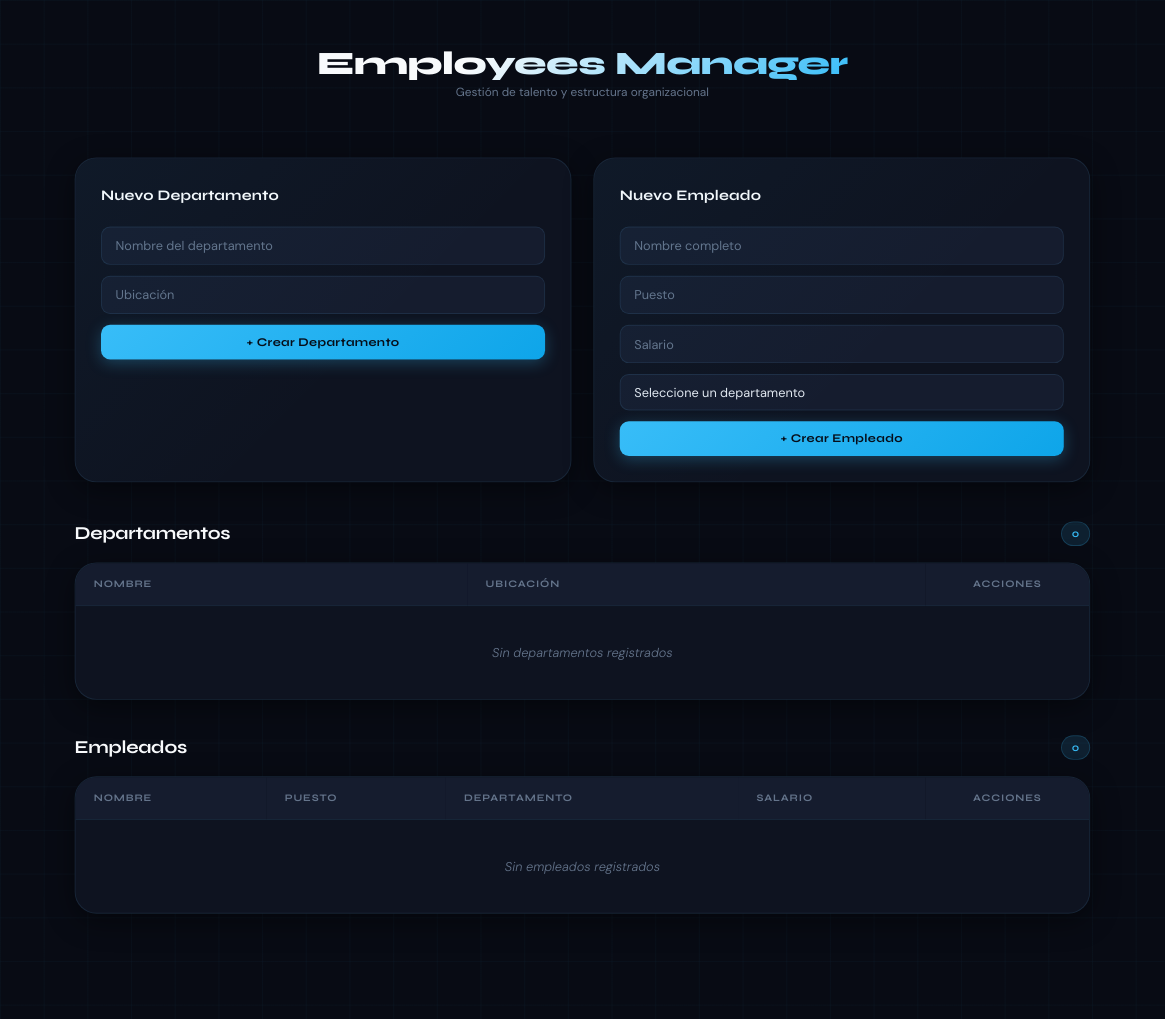
Repository: AnaSofiaRosero/parcial-4
Page: /
An editor plug-in stored every save of this project. The page is shown before and after the next save, followed by the edit.
The browser window is 1280 px wide. The pictures show the whole page, at 91% of full size.
The page's requests for data from a server got no answer. The project was rebuilt for these pictures with package versions that can differ from the ones it lists, and the page was loaded fresh each time. No one was signed in, and anything a server would have sent is missing. Also part of the build but not shown: vite.config.ts, src/index.css.

Above is the page before, as saved 2026-06-02 14:36:04.

### index.html
<!doctype html>
<html lang="en">
  <head>
    <meta charset="UTF-8" />
    <link rel="icon" type="image/svg+xml" href="/favicon.svg" />
    <meta name="viewport" content="width=device-width, initial-scale=1.0" />
    <title>employees-manager</title>
  </head>
  <body>
    <div id="root"></div>
    <script type="module" src="/src/main.tsx"></script>
  </body>
</html>

### src/supabaseClient.ts
import { createClient } from "@supabase/supabase-js";

const supabaseUrl = import.meta.env.VITE_SUPABASE_URL;
const supabaseAnonKey = import.meta.env.VITE_SUPABASE_ANON_KEY;

export const supabase = createClient(
  supabaseUrl,supabaseAnonKey
);

### src/App.css
@import url('https://fonts.googleapis.com/css2?family=Syne:wght@400;600;700;800&family=DM+Sans:ital,wght@0,300;0,400;0,500;1,300&display=swap');

/* ─── TOKENS ─────────────────────────────────────────────── */
:root {
  --bg:        #080b14;
  --surface:   #0e1320;
  --surface2:  #151c2e;
  --border:    rgba(99, 179, 237, 0.12);
  --border-hover: rgba(99, 179, 237, 0.35);

  --accent:    #38bdf8;
  --accent2:   #818cf8;
  --accent3:   #34d399;
  --danger:    #f87171;
  --danger-dk: #ef4444;

  --text:      #e2e8f0;
  --muted:     #64748b;
  --heading:   #f8fafc;

  --radius-sm: 10px;
  --radius-md: 16px;
  --radius-lg: 24px;

  --shadow-glow: 0 0 40px rgba(56, 189, 248, 0.08);
  --shadow-card: 0 8px 32px rgba(0, 0, 0, 0.45);
  --shadow-modal: 0 24px 80px rgba(0, 0, 0, 0.7);

  --transition: 0.22s cubic-bezier(0.4, 0, 0.2, 1);
}

/* ─── RESET ───────────────────────────────────────────────── */
*, *::before, *::after {
  margin: 0;
  padding: 0;
  box-sizing: border-box;
}

/* ─── BASE ────────────────────────────────────────────────── */
body {
  background: var(--bg);
  color: var(--text);
  font-family: 'DM Sans', sans-serif;
  font-size: 15px;
  line-height: 1.6;
  min-height: 100vh;

  /* Subtle grid texture */
  background-image:
    linear-gradient(rgba(56, 189, 248, 0.03) 1px, transparent 1px),
    linear-gradient(90deg, rgba(56, 189, 248, 0.03) 1px, transparent 1px);
  background-size: 48px 48px;
}

#root {
  min-height: 100vh;
}

/* ─── CONTAINER ───────────────────────────────────────────── */
.container {
  max-width: 1180px;
  margin: 0 auto;
  padding: 52px 32px 80px;
}

/* ─── HEADER ──────────────────────────────────────────────── */
.app-header{
  display:flex;
  flex-direction:column;
  align-items:center;
  justify-content:center;
  text-align:center;

  margin-bottom:60px;
}

.header-icon {
  width: 52px;
  height: 52px;
  border-radius: 14px;
  background: linear-gradient(135deg, var(--accent), var(--accent2));
  display: flex;
  align-items: center;
  justify-content: center;
  font-size: 24px;
  box-shadow: 0 0 24px rgba(56, 189, 248, 0.35);
  flex-shrink: 0;
}

.title {
  font-family: 'Syne', sans-serif;
  font-size: 36px;
  font-weight: 800;
  letter-spacing: -0.5px;
  background: linear-gradient(135deg, var(--heading) 30%, var(--accent));
  -webkit-background-clip: text;
  -webkit-text-fill-color: transparent;
  background-clip: text;
  line-height: 1;
}

.title-sub {
  font-size: 13px;
  color: var(--muted);
  font-weight: 400;
  margin-top: 4px;
  -webkit-text-fill-color: var(--muted);
}

/* ─── TWO-COLUMN FORMS ────────────────────────────────────── */
.forms-grid {
  display: grid;
  grid-template-columns: 1fr 1fr;
  gap: 24px;
  margin-bottom: 40px;
}

@media (max-width: 860px) {
  .forms-grid { grid-template-columns: 1fr; }
}

/* ─── SECTION CARD ────────────────────────────────────────── */
.section {
  background: var(--surface);
  border: 1px solid var(--border);
  border-radius: var(--radius-lg);
  padding: 28px;
  box-shadow: var(--shadow-card);
  position: relative;
  overflow: hidden;
  transition: border-color var(--transition), box-shadow var(--transition);
}

.section::before {
  content: '';
  position: absolute;
  inset: 0;
  border-radius: inherit;
  background: linear-gradient(135deg, rgba(56,189,248,0.04) 0%, transparent 60%);
  pointer-events: none;
}

.section:hover {
  border-color: var(--border-hover);
  box-shadow: var(--shadow-card), var(--shadow-glow);
}

.section-header {
  display: flex;
  align-items: center;
  gap: 10px;
  margin-bottom: 22px;
}

.section-icon {
  width: 32px;
  height: 32px;
  border-radius: 8px;
  display: flex;
  align-items: center;
  justify-content: center;
  font-size: 15px;
  flex-shrink: 0;
}

.section-icon.teal  { background: rgba(56,189,248,0.15); }
.section-icon.indigo { background: rgba(129,140,248,0.15); }

.section h2 {
  font-family: 'Syne', sans-serif;
  font-size: 16px;
  font-weight: 700;
  color: var(--heading);
  letter-spacing: 0.2px;
}

/* ─── FORM ────────────────────────────────────────────────── */
.form {
  display: flex;
  flex-direction: column;
  gap: 12px;
}

.form input,
.form select {
  width: 100%;
  padding: 11px 15px;
  background: var(--surface2);
  border: 1px solid var(--border);
  border-radius: var(--radius-sm);
  color: var(--text);
  font-family: 'DM Sans', sans-serif;
  font-size: 14px;
  outline: none;
  transition: border-color var(--transition), box-shadow var(--transition), background var(--transition);
  -webkit-appearance: none;
  appearance: none;
}

.form input::placeholder { color: var(--muted); }

.form input:focus,
.form select:focus {
  border-color: var(--accent);
  background: #111827;
  box-shadow: 0 0 0 3px rgba(56, 189, 248, 0.12);
}

.form select option {
  background: var(--surface2);
  color: var(--text);
}

/* ─── BUTTONS ─────────────────────────────────────────────── */
.primary-btn {
  position: relative;
  overflow: hidden;
  padding: 11px 20px;
  border: none;
  border-radius: var(--radius-sm);
  background: linear-gradient(135deg, var(--accent), #0ea5e9);
  color: #060e1a;
  font-family: 'Syne', sans-serif;
  font-size: 13px;
  font-weight: 700;
  letter-spacing: 0.4px;
  cursor: pointer;
  transition: transform var(--transition), box-shadow var(--transition), opacity var(--transition);
  box-shadow: 0 4px 16px rgba(56, 189, 248, 0.28);
}

.primary-btn::after {
  content: '';
  position: absolute;
  inset: 0;
  background: linear-gradient(135deg, rgba(255,255,255,0.18), transparent);
  opacity: 0;
  transition: opacity var(--transition);
}

.primary-btn:hover {
  transform: translateY(-2px);
  box-shadow: 0 8px 28px rgba(56, 189, 248, 0.42);
}

.primary-btn:hover::after { opacity: 1; }
.primary-btn:active { transform: translateY(0); }

.edit-btn,
.delete-btn {
  border: none;
  border-radius: 8px;
  padding: 7px 14px;
  font-family: 'DM Sans', sans-serif;
  font-size: 12px;
  font-weight: 600;
  cursor: pointer;
  transition: transform var(--transition), box-shadow var(--transition), opacity var(--transition);
  letter-spacing: 0.2px;
}

.edit-btn {
  background: rgba(56,189,248,0.15);
  color: var(--accent);
  border: 1px solid rgba(56,189,248,0.2);
}
.edit-btn:hover {
  background: rgba(56,189,248,0.25);
  transform: translateY(-1px);
  box-shadow: 0 4px 12px rgba(56,189,248,0.2);
}

.delete-btn {
  background: rgba(248,113,113,0.12);
  color: var(--danger);
  border: 1px solid rgba(248,113,113,0.2);
}
.delete-btn:hover {
  background: rgba(248,113,113,0.22);
  transform: translateY(-1px);
  box-shadow: 0 4px 12px rgba(248,113,113,0.2);
}

/* ─── TABLE SECTION ───────────────────────────────────────── */
.table-section {
  margin-bottom: 36px;
}

.table-section-header {
  display: flex;
  align-items: center;
  justify-content: space-between;
  margin-bottom: 16px;
}

.table-section-header h2 {
  font-family: 'Syne', sans-serif;
  font-size: 20px;
  font-weight: 700;
  color: var(--heading);
  letter-spacing: -0.3px;
}

.badge {
  background: rgba(56,189,248,0.12);
  color: var(--accent);
  border: 1px solid rgba(56,189,248,0.2);
  border-radius: 20px;
  padding: 3px 11px;
  font-size: 12px;
  font-weight: 600;
  font-family: 'Syne', sans-serif;
}

/* ─── TABLE ───────────────────────────────────────────────── */
.table-wrapper {
  background: var(--surface);
  border: 1px solid var(--border);
  border-radius: var(--radius-lg);
  overflow: hidden;
  box-shadow: var(--shadow-card);
}

.table {
  width: 100%;
  border-collapse: collapse;
}

.table thead {
  background: var(--surface2);
  border-bottom: 1px solid var(--border);
}

.table th {
  padding: 14px 20px;
  text-align: left;
  font-family: 'Syne', sans-serif;
  font-size: 11px;
  font-weight: 700;
  color: var(--muted);
  letter-spacing: 1px;
  text-transform: uppercase;
}

.table td {
  padding: 14px 20px;
  border-top: 1px solid var(--border);
  color: var(--text);
  font-size: 14px;
  vertical-align: middle;
}

.table tbody tr {
  transition: background var(--transition);
}

.table tbody tr:hover {
  background: rgba(56,189,248,0.03);
}

.table td:last-child,
.table th:last-child {
  text-align: center;
  width: 180px;
}

.table td:last-child {
  display: table-cell;
}

.action-cell {
  display: flex;
  justify-content: center;
  gap: 8px;
}

/* Pill for name */
.name-cell {
  font-weight: 600;
  color: var(--heading);
}

.dept-pill {
  display: inline-flex;
  align-items: center;
  gap: 5px;
  background: rgba(52,211,153,0.1);
  color: var(--accent3);
  border: 1px solid rgba(52,211,153,0.2);
  border-radius: 20px;
  padding: 2px 10px;
  font-size: 12px;
  font-weight: 500;
}

.salary-cell {
  font-family: 'Syne', sans-serif;
  font-weight: 700;
  font-size: 14px;
  color: var(--accent3);
}

/* ─── EMPTY STATE ─────────────────────────────────────────── */
.empty-row td {
  text-align: center;
  color: var(--muted);
  padding: 40px;
  font-style: italic;
}

/* ─── MODAL ───────────────────────────────────────────────── */
.modal-overlay {
  position: fixed;
  inset: 0;
  background: rgba(4, 7, 18, 0.82);
  backdrop-filter: blur(6px);
  -webkit-backdrop-filter: blur(6px);
  display: flex;
  justify-content: center;
  align-items: center;
  z-index: 1000;
  animation: fadeIn 0.18s ease;
}

@keyframes fadeIn {
  from { opacity: 0; }
  to   { opacity: 1; }
}

.modal {
  background: var(--surface);
  border: 1px solid var(--border-hover);
  border-radius: var(--radius-lg);
  width: 480px;
  max-width: calc(100vw - 40px);
  padding: 0;
  box-shadow: var(--shadow-modal), 0 0 60px rgba(56,189,248,0.08);
  overflow: hidden;
  animation: slideUp 0.22s cubic-bezier(0.34, 1.56, 0.64, 1);
}

@keyframes slideUp {
  from { opacity: 0; transform: translateY(28px) scale(0.97); }
  to   { opacity: 1; transform: translateY(0) scale(1); }
}

.modal-header {
  padding: 24px 28px 20px;
  border-bottom: 1px solid var(--border);
  display: flex;
  align-items: center;
  justify-content: space-between;
  background: var(--surface2);
}

.modal-header h2 {
  font-family: 'Syne', sans-serif;
  font-size: 18px;
  font-weight: 700;
  color: var(--heading);
  display: flex;
  align-items: center;
  gap: 10px;
}

.modal-header h2 span {
  display: flex;
  align-items: center;
  justify-content: center;
  width: 32px;
  height: 32px;
  border-radius: 8px;
  background: rgba(56,189,248,0.15);
  font-size: 15px;
}

.modal-close {
  width: 32px;
  height: 32px;
  border-radius: 8px;
  border: 1px solid var(--border);
  background: transparent;
  color: var(--muted);
  cursor: pointer;
  font-size: 18px;
  display: flex;
  align-items: center;
  justify-content: center;
  transition: background var(--transition), color var(--transition);
}

.modal-close:hover {
  background: rgba(248,113,113,0.12);
  color: var(--danger);
  border-color: rgba(248,113,113,0.2);
}

.modal-body {
  padding: 24px 28px;
  display: flex;
  flex-direction: column;
  gap: 12px;
}

.modal-body input,
.modal-body select {
  width: 100%;
  padding: 11px 15px;
  background: var(--surface2);
  border: 1px solid var(--border);
  border-radius: var(--radius-sm);
  color: var(--text);
  font-family: 'DM Sans', sans-serif;
  font-size: 14px;
  outline: none;
  transition: border-color var(--transition), box-shadow var(--transition);
  -webkit-appearance: none;
  appearance: none;
}

.modal-body input::placeholder { color: var(--muted); }

.modal-body input:focus,
.modal-body select:focus {
  border-color: var(--accent);
  box-shadow: 0 0 0 3px rgba(56, 189, 248, 0.12);
}

.modal-body select option {
  background: var(--surface2);
  color: var(--text);
}

.modal-footer {
  padding: 18px 28px 24px;
  display: flex;
  justify-content: flex-end;
  gap: 10px;
}

.cancel-btn {
  padding: 10px 20px;
  border-radius: var(--radius-sm);
  border: 1px solid var(--border);
  background: transparent;
  color: var(--muted);
  font-family: 'DM Sans', sans-serif;
  font-size: 13px;
  font-weight: 500;
  cursor: pointer;
  transition: background var(--transition), color var(--transition), border-color var(--transition);
}

.cancel-btn:hover {
  background: var(--surface2);
  color: var(--text);
  border-color: var(--border-hover);
}

.save-btn {
  padding: 10px 22px;
  border-radius: var(--radius-sm);
  border: none;
  background: linear-gradient(135deg, var(--accent), #0ea5e9);
  color: #060e1a;
  font-family: 'Syne', sans-serif;
  font-size: 13px;
  font-weight: 700;
  letter-spacing: 0.3px;
  cursor: pointer;
  box-shadow: 0 4px 16px rgba(56,189,248,0.28);
  transition: transform var(--transition), box-shadow var(--transition);
}

.save-btn:hover {
  transform: translateY(-2px);
  box-shadow: 0 8px 24px rgba(56,189,248,0.4);
}

Loaded but not shown: src/main.tsx (common file); src/App.tsx (385 lines, source omitted)

After the next save:
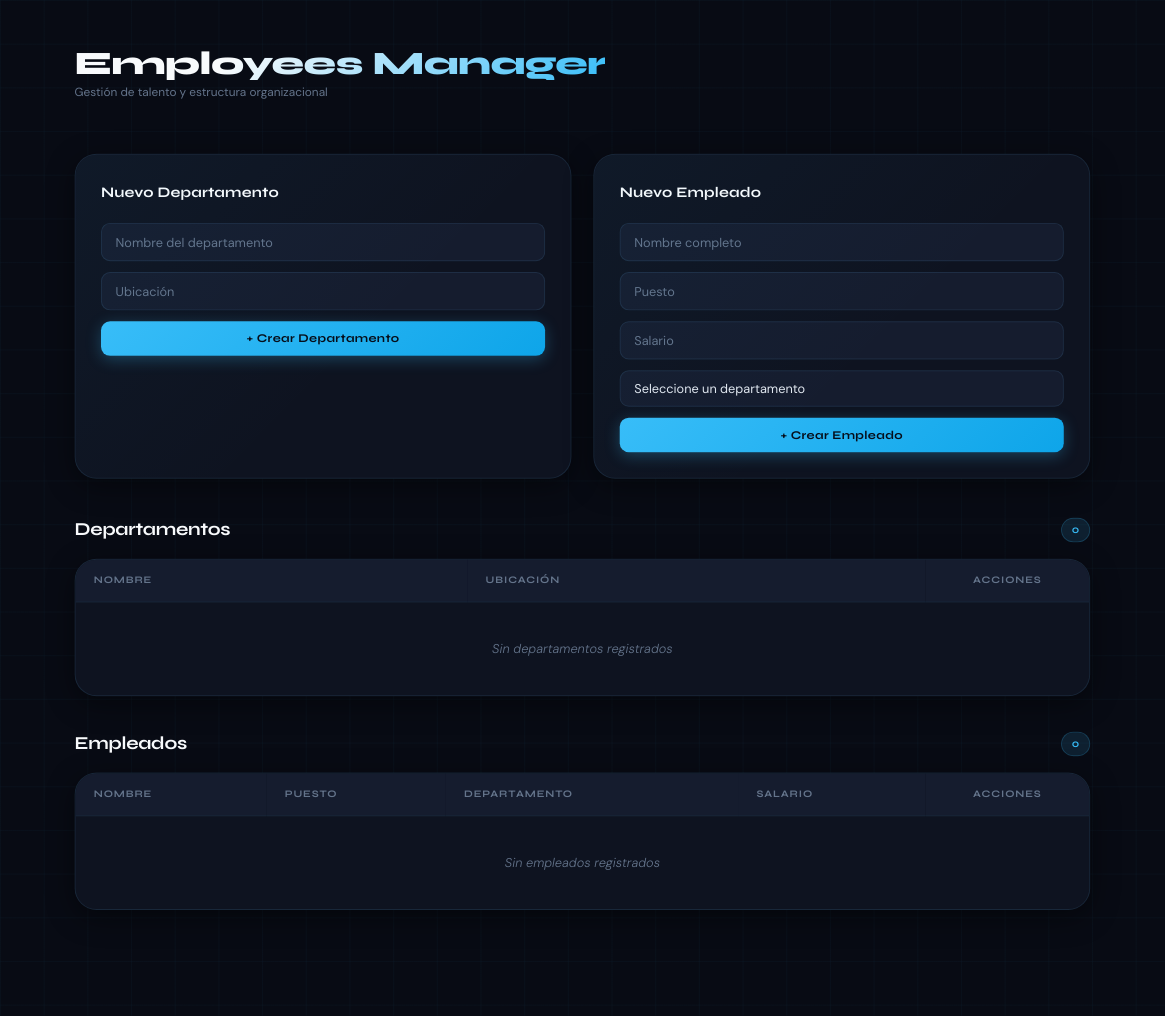
Saved 42 min 27 s later.
--- a/src/App.css
+++ b/src/App.css
@@ -64,14 +64,11 @@
 }
 
 /* ─── HEADER ──────────────────────────────────────────────── */
-.app-header{
-  display:flex;
-  flex-direction:column;
-  align-items:center;
-  justify-content:center;
-  text-align:center;
-
-  margin-bottom:60px;
+.app-header {
+  display: flex;
+  align-items: center;
+  gap: 18px;
+  margin-bottom: 56px;
 }
 
 .header-icon {

After the 2 saves that followed:
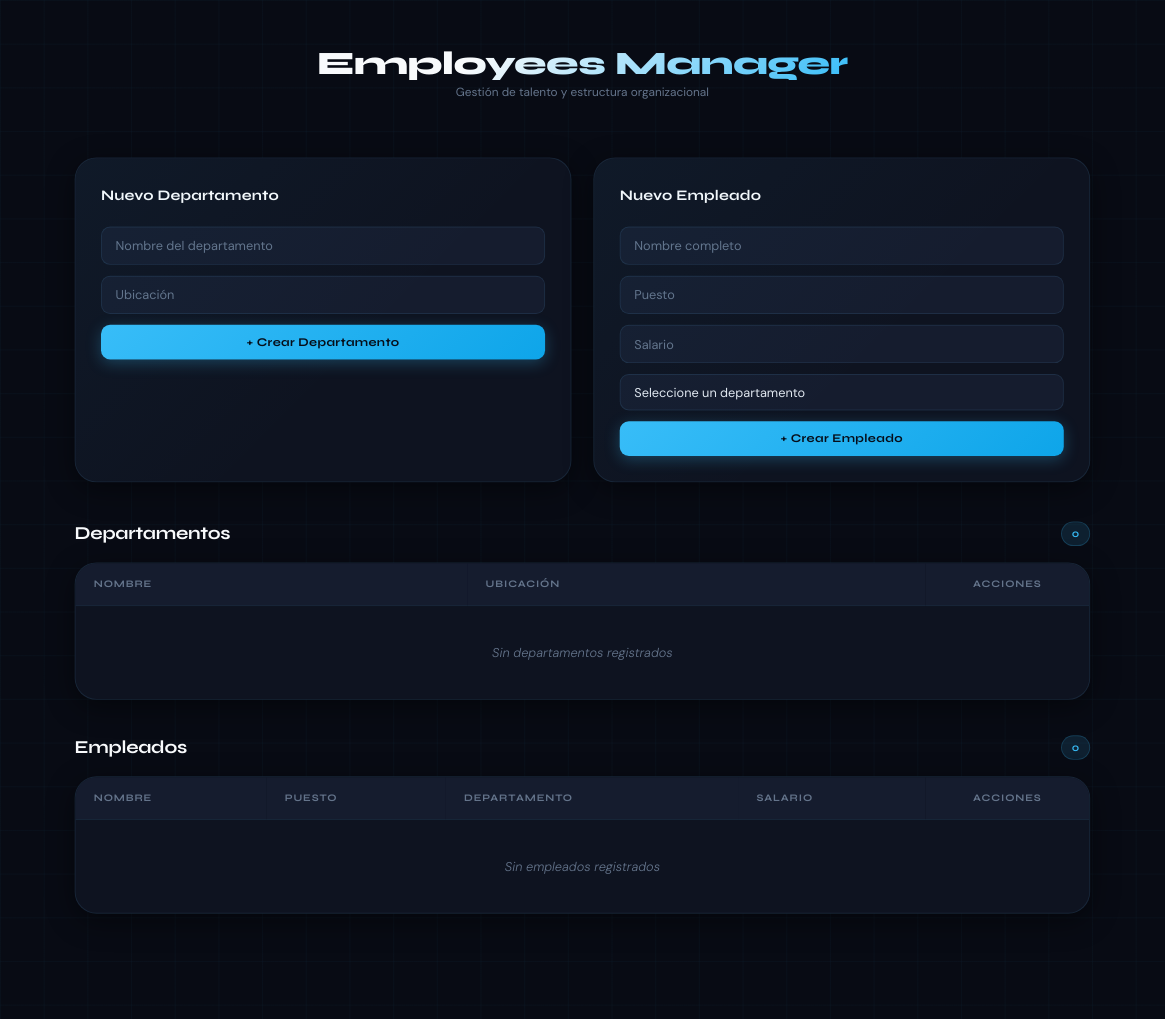
The 2 saves are shown as one change because they came seconds apart.
The last was saved 2 min 54 s later.
--- a/src/App.css
+++ b/src/App.css
@@ -64,11 +64,14 @@
 }
 
 /* ─── HEADER ──────────────────────────────────────────────── */
-.app-header {
-  display: flex;
-  align-items: center;
-  gap: 18px;
-  margin-bottom: 56px;
+.app-header{
+  display:flex;
+  flex-direction:column;
+  align-items:center;
+  justify-content:center;
+  text-align:center;
+
+  margin-bottom:60px;
 }
 
 .header-icon {
